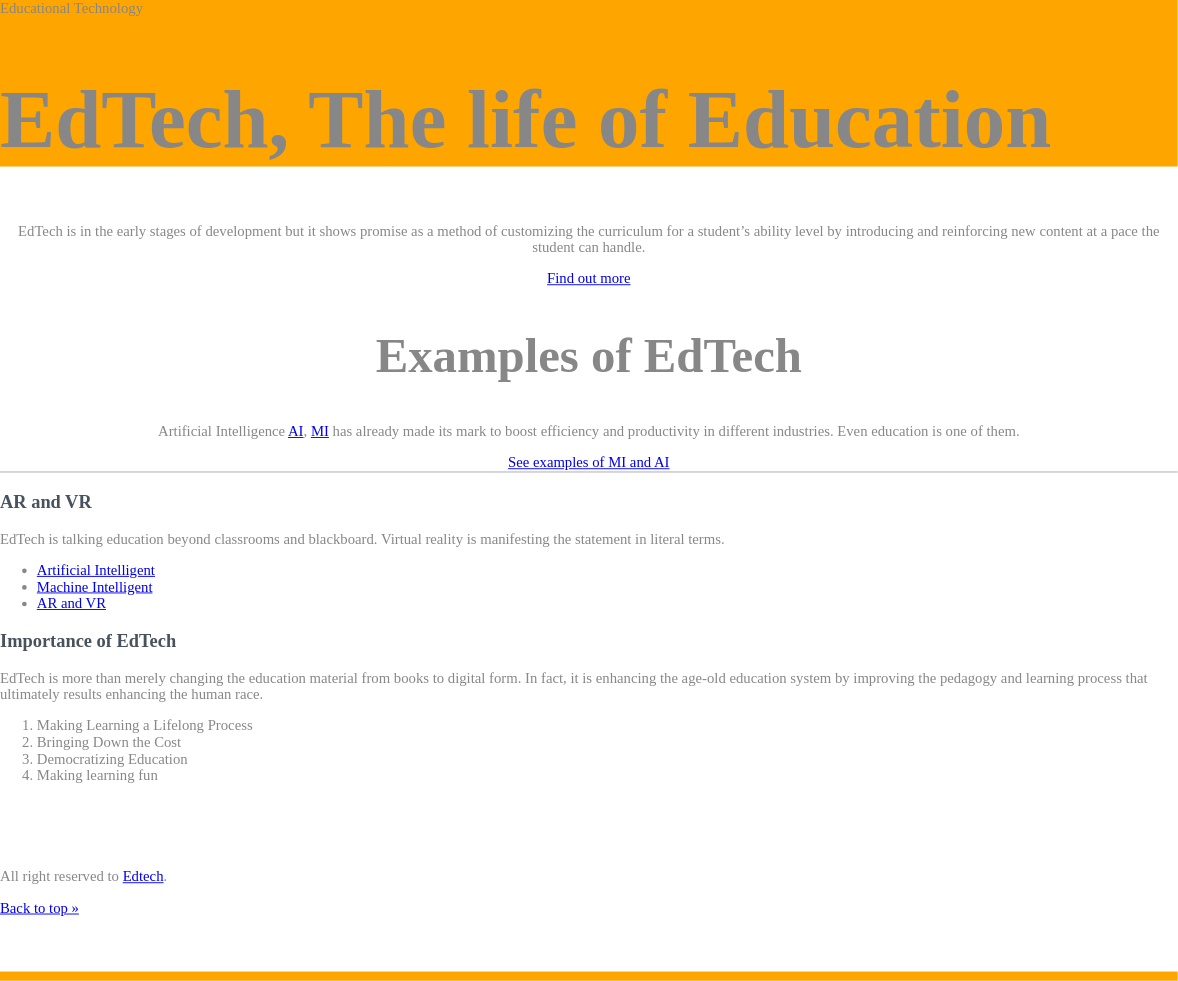
Repository: tunmishyi/edtech
Page: index.html
An editor plug-in stored every save of this project. The page is shown before and after the next save, followed by the edit.
The browser window is 1280 px wide. The pictures show the whole page, at 92% of full size.

Above is the page before, as saved 2020-06-06 17:34:55.

After the next save:
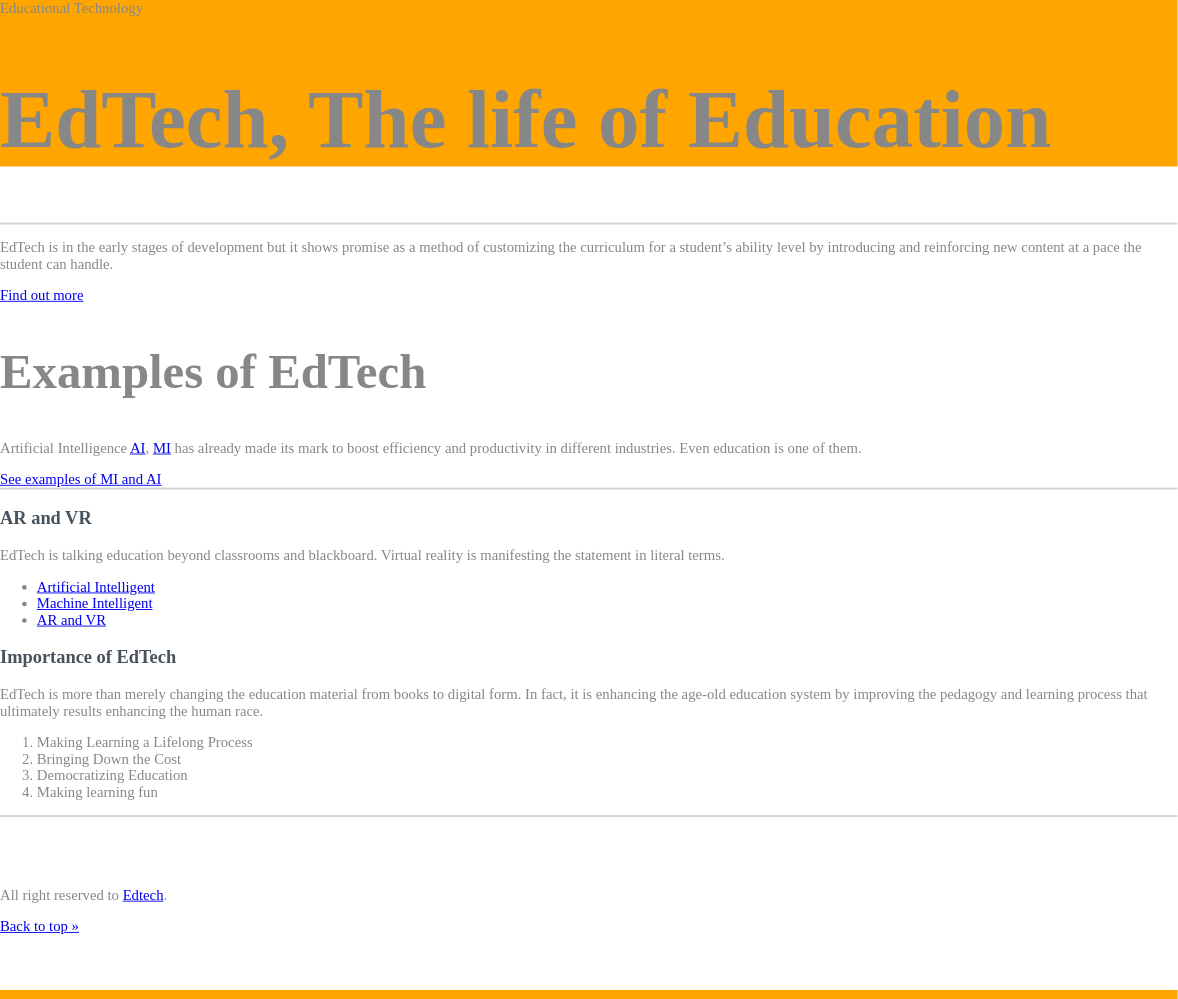
Saved 62 s later.
--- a/index.html
+++ b/index.html
@@ -9,7 +9,7 @@
 			<h1>EdTech, The life of Education</h1>
 		</header>
 
-		<div class="primary-content">
+		<div class="primary-content, t-border">
 			<p>
 					EdTech is in the early stages of development but it shows promise as a method of customizing the curriculum for a student’s ability level by introducing and reinforcing new content at a pace the student can handle.
 			</p>
@@ -21,7 +21,7 @@
 			<a href="#" class="callout">See examples of MI and AI</a>
 		</div>
 
-		<div class="secondary-content">
+		<div class="secondary-content t-border">
 			<h3>AR and VR</h3>
 				<p>
 					EdTech is talking education beyond classrooms and blackboard. Virtual reality is manifesting the statement in literal terms.
@@ -43,7 +43,7 @@
 				</ol>
 			</div>
 
-			<footer id="main-footer">
+			<footer id="main-footer" class="t-border">
 				<p>All right reserved to <a href="#">Edtech</a>.</p>
 				<a href="#top">Back to top &raquo;</a>
 			</footer>
